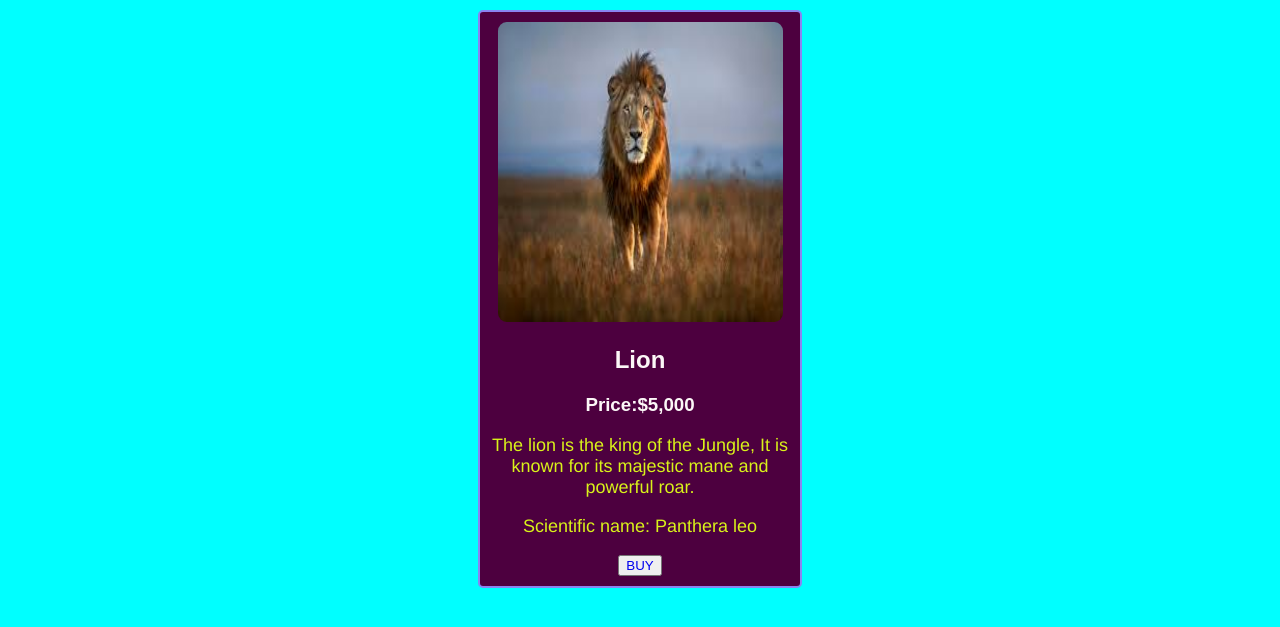
Repository: KingBoyMaylow/Animal-trading-card
Page: index.html
These files come from the project's save history. The page is drawn as it stood at one moment and after the next save; the edit follows.
The browser window is 1280 px wide. The pictures show the whole page.

Above is the page before, as saved 2024-05-14 13:51:47.

After the next save:
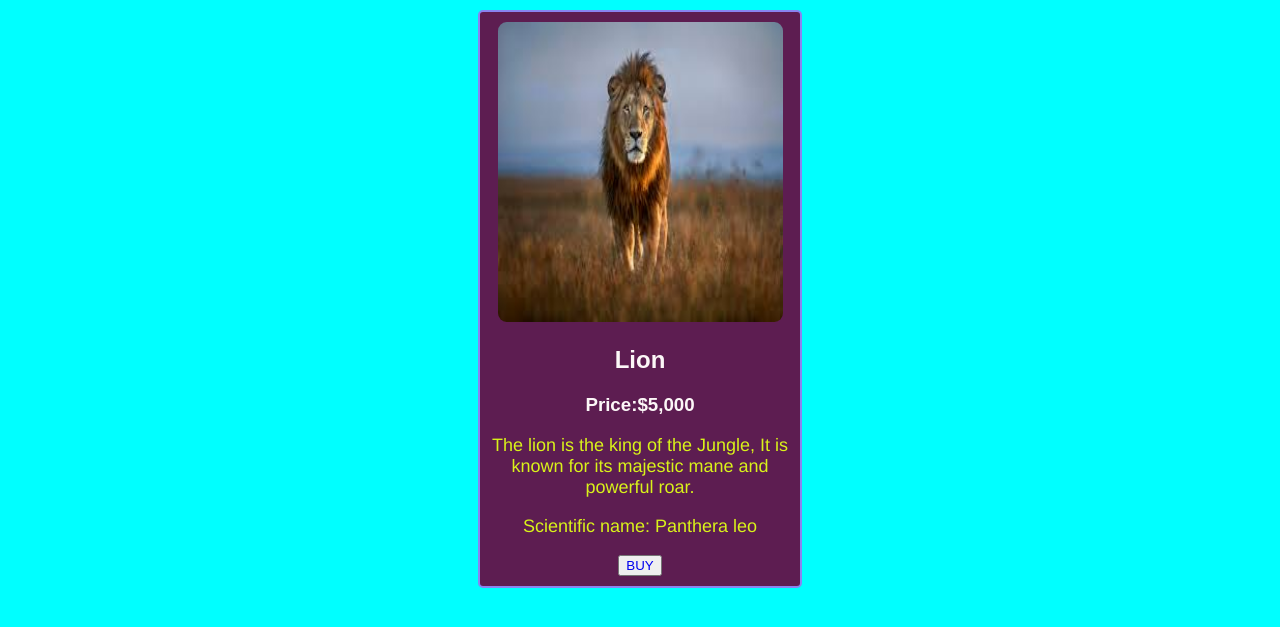
Saved 19 s later.
--- a/index.html
+++ b/index.html
@@ -24,7 +24,7 @@
         border-radius: 5px;
         margin: 10px auto;
         padding: 10px;
-        background-color: #4d003f;
+        background-color: #5d1d51;
     }
     .card img {
         width: 95%;
